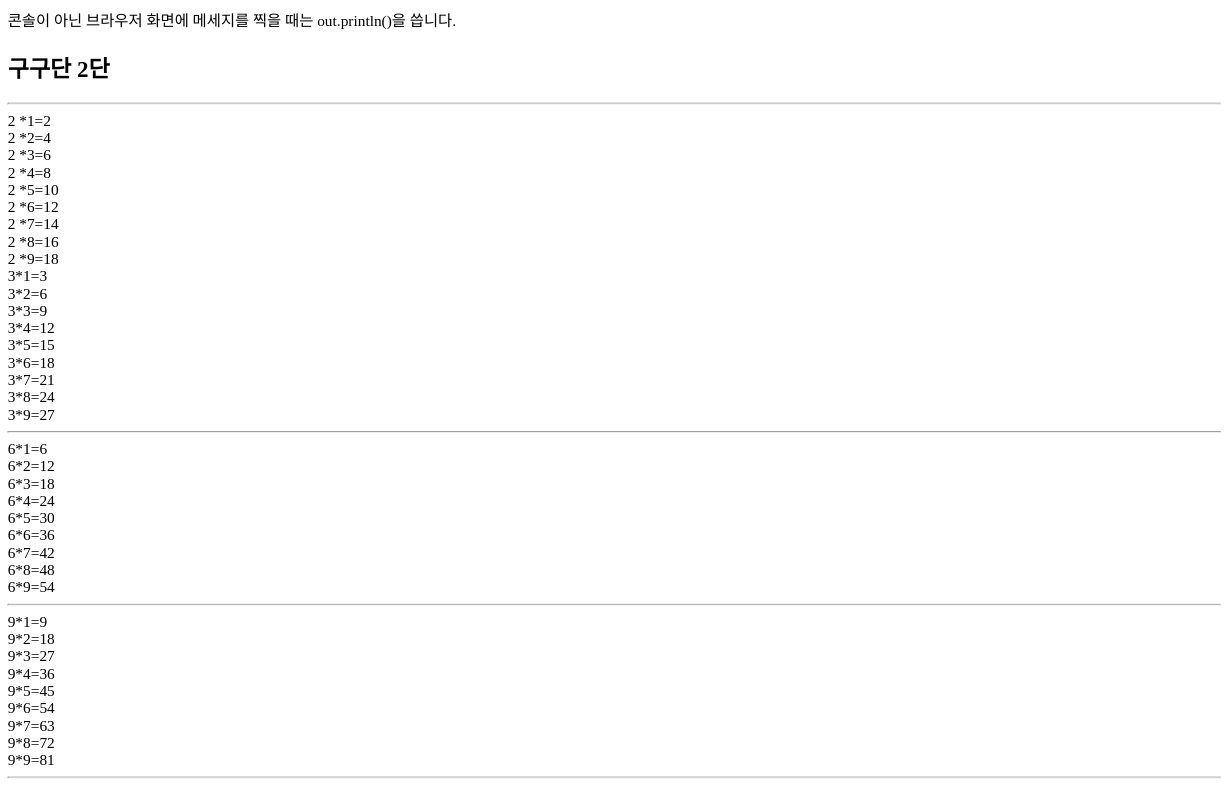
Repository: developedbyssony/JSP
Page: http://localhost/JSPbasic/jsptag/scriptlet.jsp
An editor plug-in stored every save of this project. The page is shown before and after a run of saves, followed by the edit.
The browser window is 1280 px wide. The pictures show the whole page, at 96% of full size.
The page is served by Tomcat 9.

Above is the page before, as saved 2022-03-22 11:46:06.

After the next 2 saves:
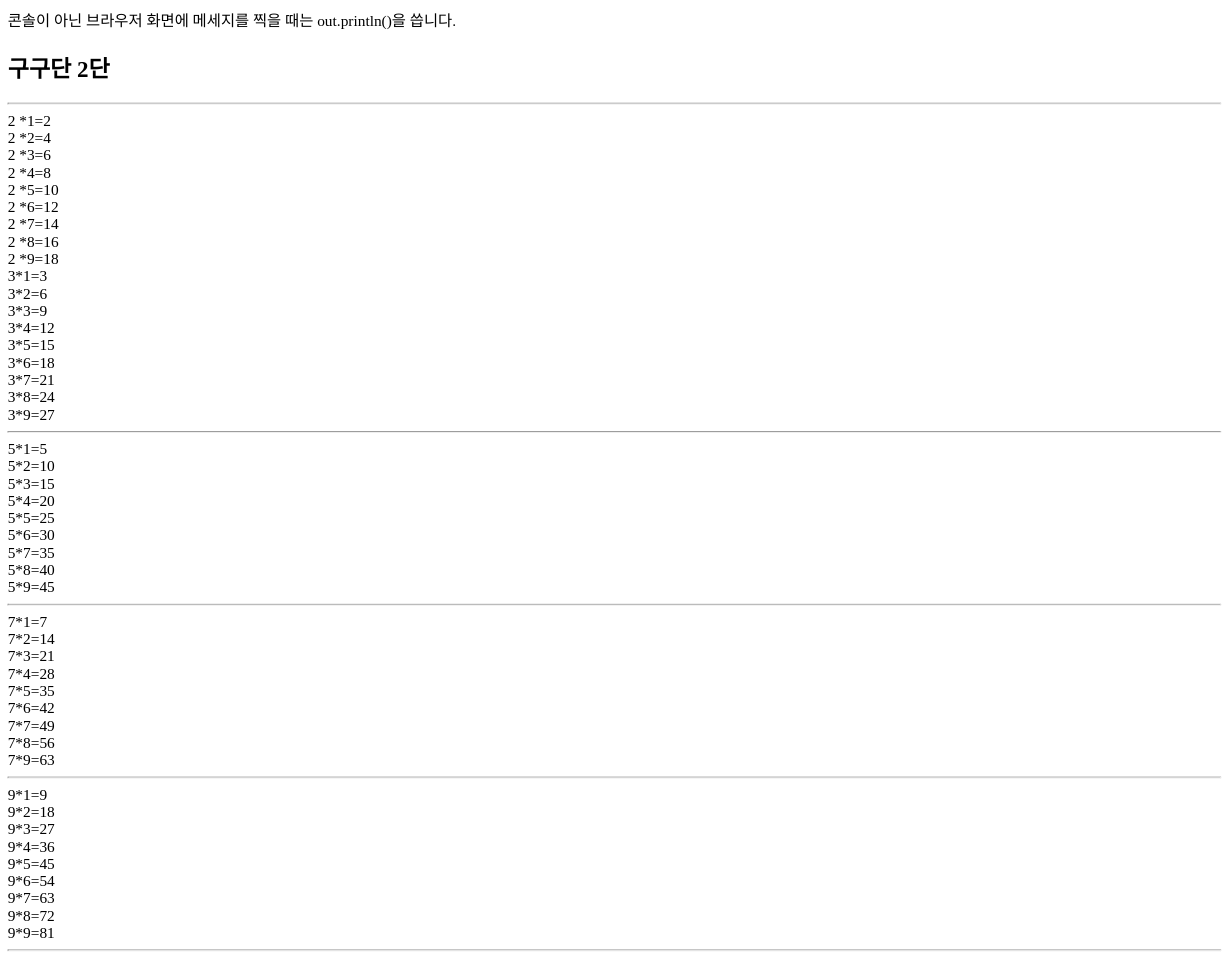
The 2 saves are shown as one change because 1 did not build or start.
The last was saved 4 min 56 s later.
--- a/JSPbasic/src/main/webapp/jsptag/scriptlet.jsp
+++ b/JSPbasic/src/main/webapp/jsptag/scriptlet.jsp
@@ -16,7 +16,7 @@
 	<!-- 반복문과 조건문을 이용하여 구구단 홀수단(3,5,7,9)를 화면에 출력해주세요. -->
 	<%
 		for(int j=3; j<10; j++) {
-			if(j%3==0) {
+			if(j%2!=0) {
 				for(int s=1; s<10; s++) {
 				out.println(j + "*" + s + "=" + (j*s) + "<br/>");
 				}
